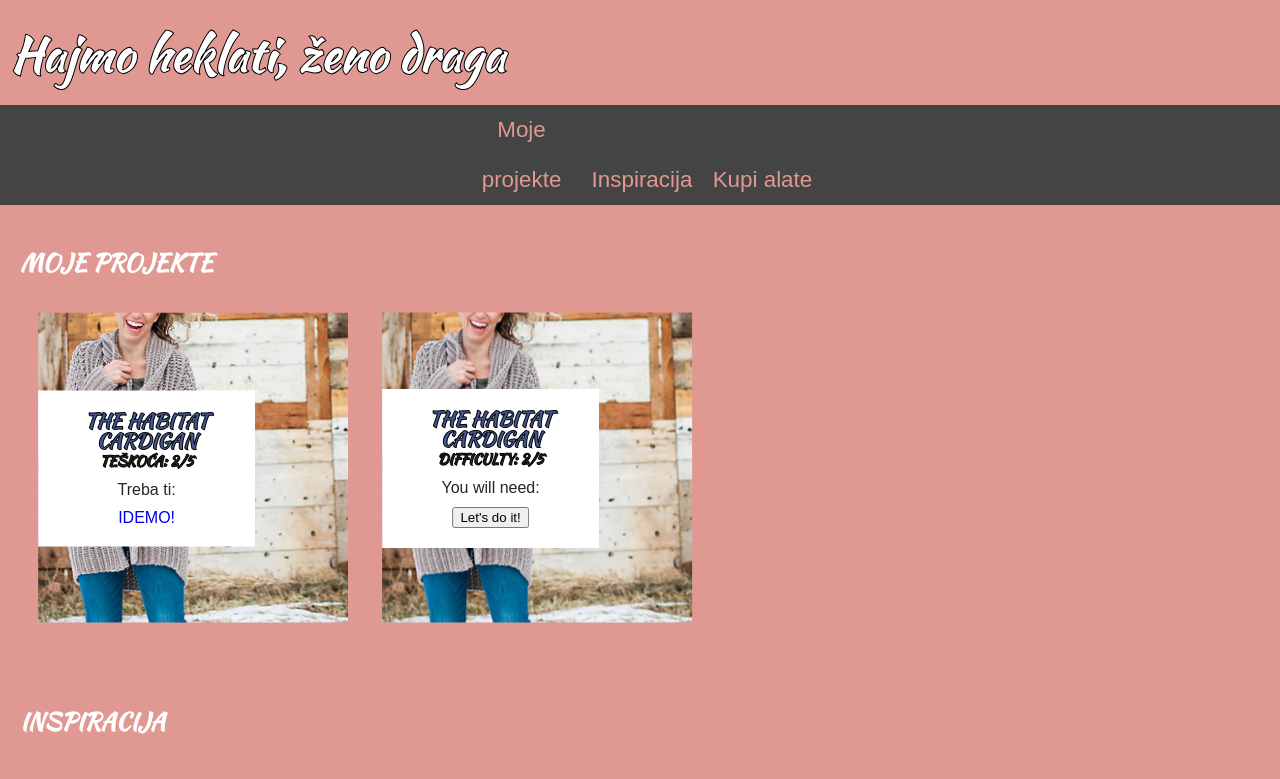
Repository: sdnc/Heklamo
Page: index.html
The author's editor kept a copy of each file at every save. The page is drawn from the files as they stood at one save, then again after a run of saves.
The browser window is 1280 px wide. The pictures show the whole page.

Above is the page before, as saved 2020-12-24 15:16:18.
Console error: ReferenceError: $ is not defined

After the next 2 saves:
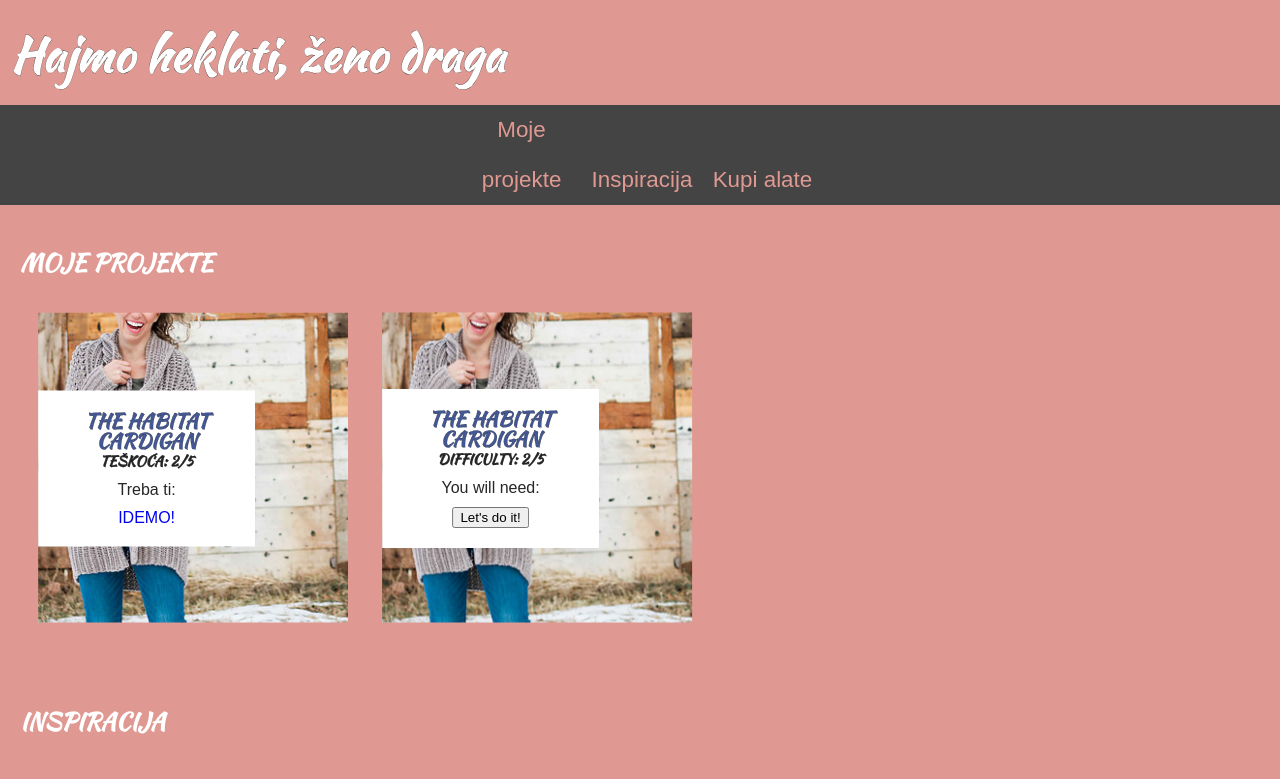
The 2 saves are shown as one change because they came seconds apart.
The last was saved 7 s later.
--- a/styles.css
+++ b/styles.css
@@ -14,7 +14,7 @@ h1 {
   font-size: 48;
   margin: 20px 0 15px 10px;
   color: white;
-  -webkit-text-stroke: 1px black;
+  -webkit-text-stroke: 0.2px black;
 }
 
 h3 {
